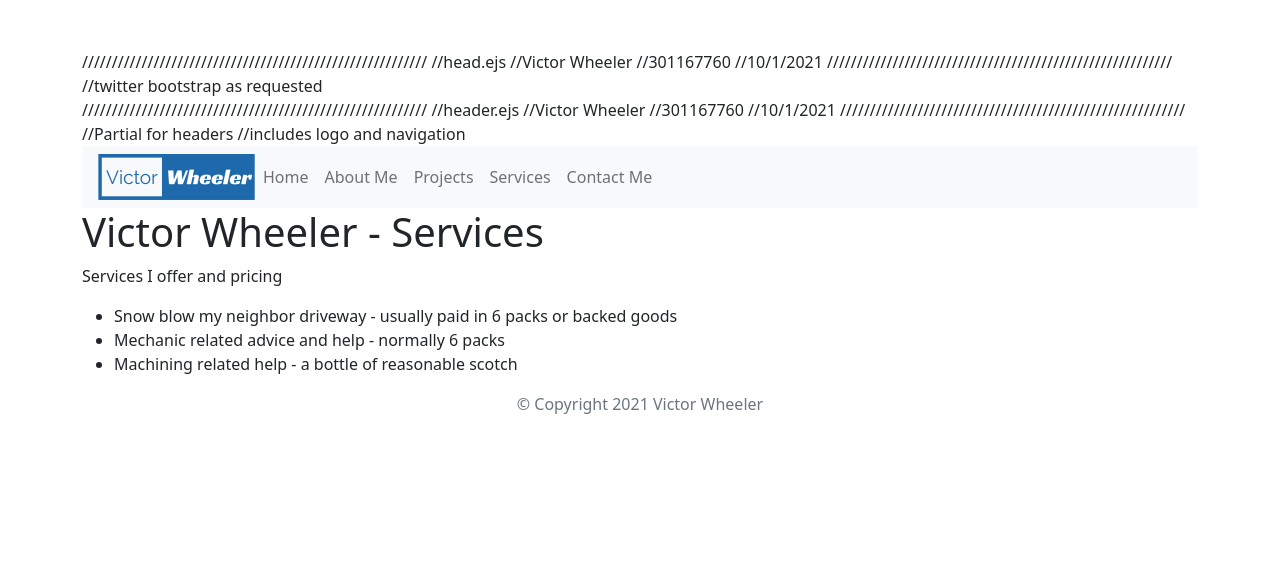
Repository: VictorWheeler/COMP_229_301167760
Page: http://localhost/services
The author's editor kept a copy of each file at every save. The page is drawn from the files as they stood at one save, then again after the next save.
The browser window is 1280 px wide. The pictures show the whole page.
The page is served by the project's Node server (server.js).

Above is the page before, as saved 2021-10-01 10:13:30.

### Express-Portfolio-Site/views/pages/services.ejs
<!DOCTYPE html>
<html lang="en">
<head>
  <%- include('../partials/head'); %>
</head>
<body class="container">

<header>
  <%- include('../partials/header'); %>
</header>

<main>
<div class="row">
  <div class="col-sm-8">
    <div class="jumbotron">
      <h1>Victor Wheeler - Services</h1>
      <p>Services I offer and pricing</p>
      <ul>
      <li>Snow blow my neighbor driveway - usually paid in 6 packs or backed goods</li>
      <li>Mechanic related advice and help - normally 6 packs</li>
      <li>Machining related help - a bottle of reasonable scotch</li>
      </ul>

    </div>
  </div>


</main>

<footer>
  <%- include('../partials/footer'); %>
</footer>

</body>
</html>

### Express-Portfolio-Site/views/partials/head.ejs
//////////////////////////////////////////////////////////
//head.ejs
//Victor Wheeler
//301167760
//10/1/2021
//////////////////////////////////////////////////////////
<meta charset="UTF-8">
<title>Victor Wheeler</title>

<!-- CSS (load bootstrap from a CDN) -->
<link rel="stylesheet" href="/css/bootstrap.min.css">    //twitter bootstrap as requested
<style>
  body { padding-top:50px; }
</style>

### Express-Portfolio-Site/views/partials/header.ejs
//////////////////////////////////////////////////////////
//header.ejs
//Victor Wheeler
//301167760
//10/1/2021
//////////////////////////////////////////////////////////

//Partial for headers
  //includes logo and navigation
<nav class="navbar navbar-expand-lg navbar-light bg-light">
  <a class="navbar-brand"></a><img class="logo" src="/images/vw_logo.png" width="157" height="46" alt="why">
   <ul class="navbar-nav mr-auto">
    <li class="nav-item">
      <a class="nav-link" href="/">Home</a>
    </li>
    <li class="nav-item">
      <a class="nav-link" href="/about">About Me</a>
    </li>
    <li class="nav-item">
      <a class="nav-link" href="/projects">Projects</a>
    </li>
    <li class="nav-item">
      <a class="nav-link" href="/services">Services</a>
    </li>
    <li class="nav-item">
      <a class="nav-link" href="/contact">Contact Me</a>
    </li>
  </ul>
</nav>

### Express-Portfolio-Site/views/partials/footer.ejs
<p class="text-center text-muted">&copy; Copyright 2021 Victor Wheeler</p>

### Express-Portfolio-Site/server.js
//////////////////////////////////////////////////////////
//server.js
//Victor Wheeler
//301167760
//10/1/2021
//////////////////////////////////////////////////////////

//declare variables and constants
var express = require('express');
var app = express();
const bodyParser = require('body-parser')
app.use(bodyParser.urlencoded({extended: true}))
const nodemailer = require('nodemailer')


// set the view engine to ejs
app.set('view engine', 'ejs');

//set public folder as static
app.use(express.static("public"));

// use res.render to load up an ejs view file

// Home page page
app.get('/', function(req, res) {
  res.render('pages/index');
});

// About Me page
app.get('/about', function(req, res) {
  res.render('pages/about');
});

// Projects page
app.get('/projects', function(req, res) {
    res.render('pages/projects');
  });

  // Services page
app.get('/services', function(req, res) {
    res.render('pages/services');
  });

  // Contact Me page
app.get('/contact', function(req, res) {
    res.render('pages/contact');
  });

  // POST route from contact form
app.post('/contact', (req, res) => {
  })

  //set listening port and log to console
app.listen(3000);
console.log('Server is listening on port 3000');

Loaded but not shown: Express-Portfolio-Site/public/css/bootstrap.min.css (library)

After the next save:
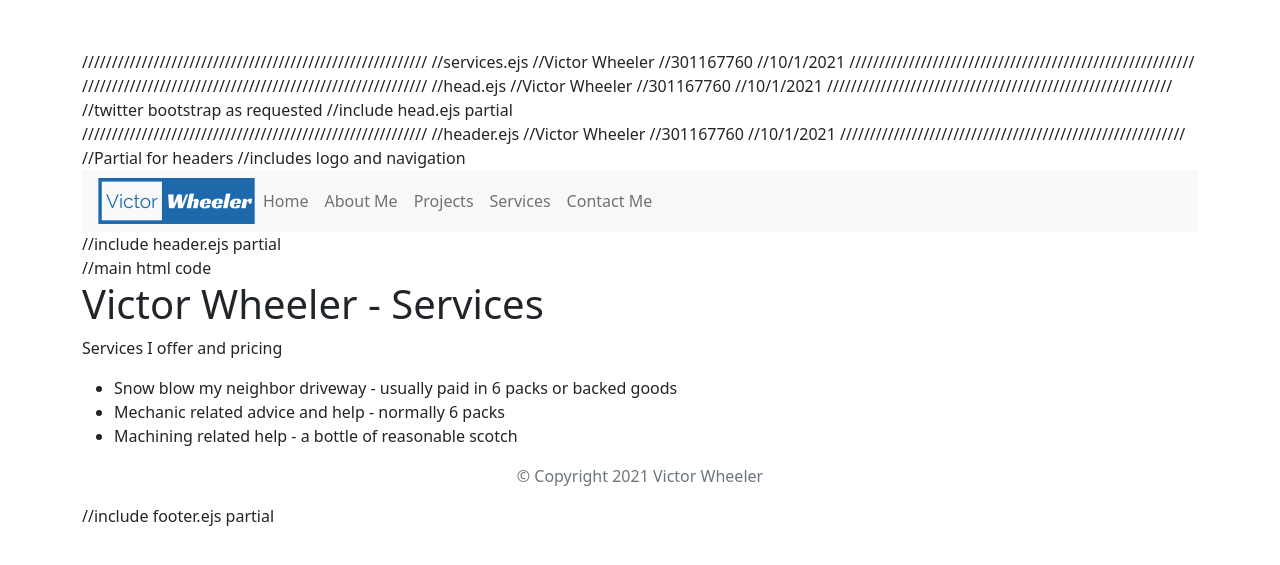
Saved 51 s later.
--- a/Express-Portfolio-Site/views/pages/services.ejs
+++ b/Express-Portfolio-Site/views/pages/services.ejs
@@ -1,15 +1,21 @@
+//////////////////////////////////////////////////////////
+//services.ejs
+//Victor Wheeler
+//301167760
+//10/1/2021
+//////////////////////////////////////////////////////////
 <!DOCTYPE html>
 <html lang="en">
 <head>
-  <%- include('../partials/head'); %>
+  <%- include('../partials/head'); %>     //include head.ejs partial
 </head>
 <body class="container">
 
 <header>
-  <%- include('../partials/header'); %>
+  <%- include('../partials/header'); %>     //include header.ejs partial
 </header>
 
-<main>
+<main>                                 //main html code
 <div class="row">
   <div class="col-sm-8">
     <div class="jumbotron">
@@ -28,7 +34,7 @@
 </main>
 
 <footer>
-  <%- include('../partials/footer'); %>
+  <%- include('../partials/footer'); %>     //include footer.ejs partial
 </footer>
 
 </body>
